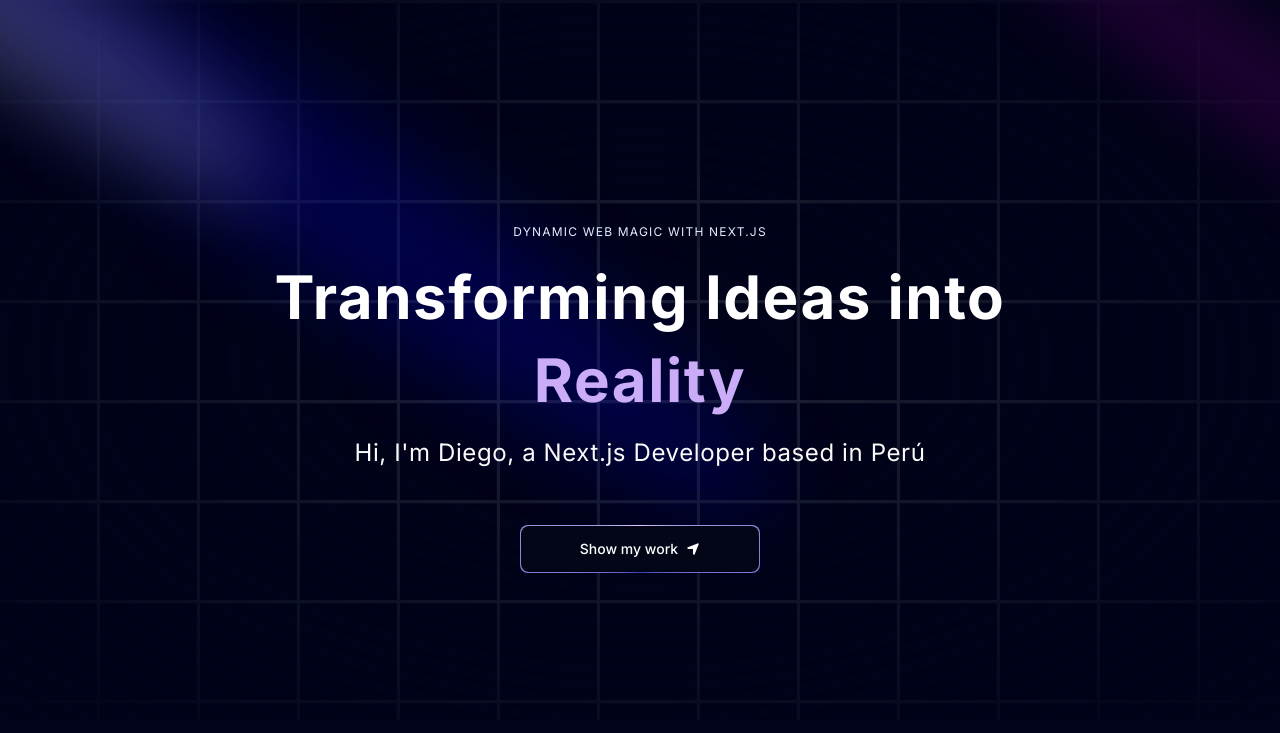
Repository: drsamame/portfolio.next
Page: /
These files come from the project's save history. The page is drawn as it stood at one moment and after a run of saves; the edit follows.
The browser window is 1280 px wide. The pictures show the whole page.
The project was rebuilt for these pictures with package versions that can differ from the ones it lists, and the page was loaded fresh each time. The framework's server and built-in components were replaced by stand-ins that run in the browser. Also part of the build but not shown: next.config.mjs.

Above is the page before, as saved 2024-07-02 18:08:15.

### app/layout.tsx
import type { Metadata } from 'next';
import { Inter } from 'next/font/google';
import './globals.css';
import { ThemeProvider } from './provider';

const inter = Inter({ subsets: ['latin'] });

export const metadata: Metadata = {
	title: "Diego's Portfolio",
	description: 'Modern & Minimalist JS Mastery Portfolio',
};

export default function RootLayout({
	children,
}: Readonly<{
	children: React.ReactNode;
}>) {
	return (
		<html lang="en">
			<body className={inter.className}>
				<ThemeProvider
					attribute="class"
					defaultTheme="dark"
					enableSystem
					disableTransitionOnChange
				>
					{children}
				</ThemeProvider>
			</body>
		</html>
	);
}

### app/page.tsx
import Hero from "@/components/Hero";


export default function Home() {
  return (
    <main className="relative bg-black-100 flex justify-center items-center flex-col overflow-hidden mx-auto sm:px-10 px-5">
      <div className="max-w-7xl w-full">
        <Hero />
      </div>
    </main>
  );
}

### components/Hero.tsx
import React from 'react';
import { Spotlight } from '@/components/ui/Spotlight';
import { TextGenerateEffect } from './ui/TextGenerateEffect';
import MagicButton from './ui/MagicButton';
import { FaLocationArrow } from 'react-icons/fa6';

function Hero() {
	return (
		<div className="pb-20 pt-36">
			<div>
				{' '}
				<Spotlight
					className="-top-40 -left-10 md:-left-32 md:-top-20p h-screen"
					fill="white"
				/>
				<Spotlight
					className="top-10 left-full h-[80vh] w-[50vw]"
					fill="purple"
				/>
				<Spotlight className="top-28 left-80 h-[80-vh] w-[50vw]" fill="blue" />
			</div>
			<div className="h-screen w-full dark:bg-black-100 bg-white  dark:bg-grid-white/[0.1] bg-grid-black/[0.1] flex items-center justify-center absolute left-0 top-0">
				<div className="absolute pointer-events-none inset-0 flex items-center justify-center dark:bg-black-100 bg-white [mask-image:radial-gradient(ellipse_at_center,transparent_20%,black)]"></div>
			</div>
			<div className="flex justify-center relative my-20 z-10">
				<div className="max-w-[89vw] md:max-w-2xl lg:max-w-[60vw] flex flex-col items-center justify-center">
					<h2 className="uppercase tracking-widest text-xs text-center text-blue-100 max-w-80">
						DYNAMIC WEB MAGIC WITH NEXT.JS
					</h2>
					<TextGenerateEffect
						className="text-center text-[40px] md:text-5xl lg:text-6xl"
						words={'Transforming Ideas into Reality'}
					></TextGenerateEffect>
					<p className="text-center md:tracking-wide mb-4 text-sm md:text-lg lg:text-2xl">
						Hi, I&apos;m Diego, a Next.js Developer based in Perú
					</p>
					<MagicButton
						title="Show my work"
						icon={<FaLocationArrow />}
						position="right"
					/>
				</div>
			</div>
		</div>
	);
}

export default Hero;

### components/ui/Spotlight.tsx
import React from "react";
import { cn } from "@/utils/cn";

type SpotlightProps = {
  className?: string;
  fill?: string;
};

export const Spotlight = ({ className, fill }: SpotlightProps) => {
  return (
    <svg
      className={cn(
        "animate-spotlight pointer-events-none absolute z-[1]  h-[169%] w-[138%] lg:w-[84%] opacity-0",
        className
      )}
      xmlns="http://www.w3.org/2000/svg"
      viewBox="0 0 3787 2842"
      fill="none"
    >
      <g filter="url(#filter)">
        <ellipse
          cx="1924.71"
          cy="273.501"
          rx="1924.71"
          ry="273.501"
          transform="matrix(-0.822377 -0.568943 -0.568943 0.822377 3631.88 2291.09)"
          fill={fill || "white"}
          fillOpacity="0.21"
        ></ellipse>
      </g>
      <defs>
        <filter
          id="filter"
          x="0.860352"
          y="0.838989"
          width="3785.16"
          height="2840.26"
          filterUnits="userSpaceOnUse"
          colorInterpolationFilters="sRGB"
        >
          <feFlood floodOpacity="0" result="BackgroundImageFix"></feFlood>
          <feBlend
            mode="normal"
            in="SourceGraphic"
            in2="BackgroundImageFix"
            result="shape"
          ></feBlend>
          <feGaussianBlur
            stdDeviation="151"
            result="effect1_foregroundBlur_1065_8"
          ></feGaussianBlur>
        </filter>
      </defs>
    </svg>
  );
};

### components/ui/TextGenerateEffect.tsx
"use client";
import { useEffect } from "react";
import { motion, stagger, useAnimate } from "framer-motion";
import { cn } from "@/utils/cn";

export const TextGenerateEffect = ({
  words,
  className,
}: {
  words: string;
  className?: string;
}) => {
  const [scope, animate] = useAnimate();
  let wordsArray = words.split(" ");
  useEffect(() => {
    animate(
      "span",
      {
        opacity: 1,
      },
      {
        duration: 2,
        delay: stagger(0.2),
      }
    );
  }, [scope.current]);

  const renderWords = () => {
    return (
      <motion.div ref={scope}>
        {wordsArray.map((word, idx) => {
          return (
            <motion.span
              key={word + idx}
              className={`${ idx > 2 ? 'text-purple': 'dark:text-white text-black'}  opacity-0`}
            >
              {word}{" "}
            </motion.span>
          );
        })}
      </motion.div>
    );
  };

  return (
    <div className={cn("font-bold", className)}>
      <div className="my-4">
        <div className=" dark:text-white text-black leading-snug tracking-wide">
          {renderWords()}
        </div>
      </div>
    </div>
  );
};

### components/ui/MagicButton.tsx
import React from 'react';

function MagicButton({ title, icon, position, handleClick, otherClases }: { title: string; icon: React.ReactNode; position: string; handleClick: () => void; otherClases?: string }) {
	return (
		<button className="relative inline-flex h-12 overflow-hidden rounded-lg p-[1px] focus:outline-none md:w-60 md:mt-10">
			<span className="absolute inset-[-1000%] animate-[spin_2s_linear_infinite] bg-[conic-gradient(from_90deg_at_50%_50%,#E2CBFF_0%,#393BB2_50%,#E2CBFF_100%)]" />
			<span className={`inline-flex h-full w-full cursor-pointer items-center justify-center rounded-lg bg-slate-950 px-7 text-sm font-medium text-white backdrop-blur-3xl gap-2 ${otherClases}`}>
                {position === 'left' && icon}
				{title}
                {position === 'right' && icon}
			</span>
		</button>
	);
}

export default MagicButton;

Loaded but not shown: app/globals.css (common file); app/provider.tsx (common file); utils/cn.ts (common file); tailwind.config.ts (common file)

After the next 3 saves:
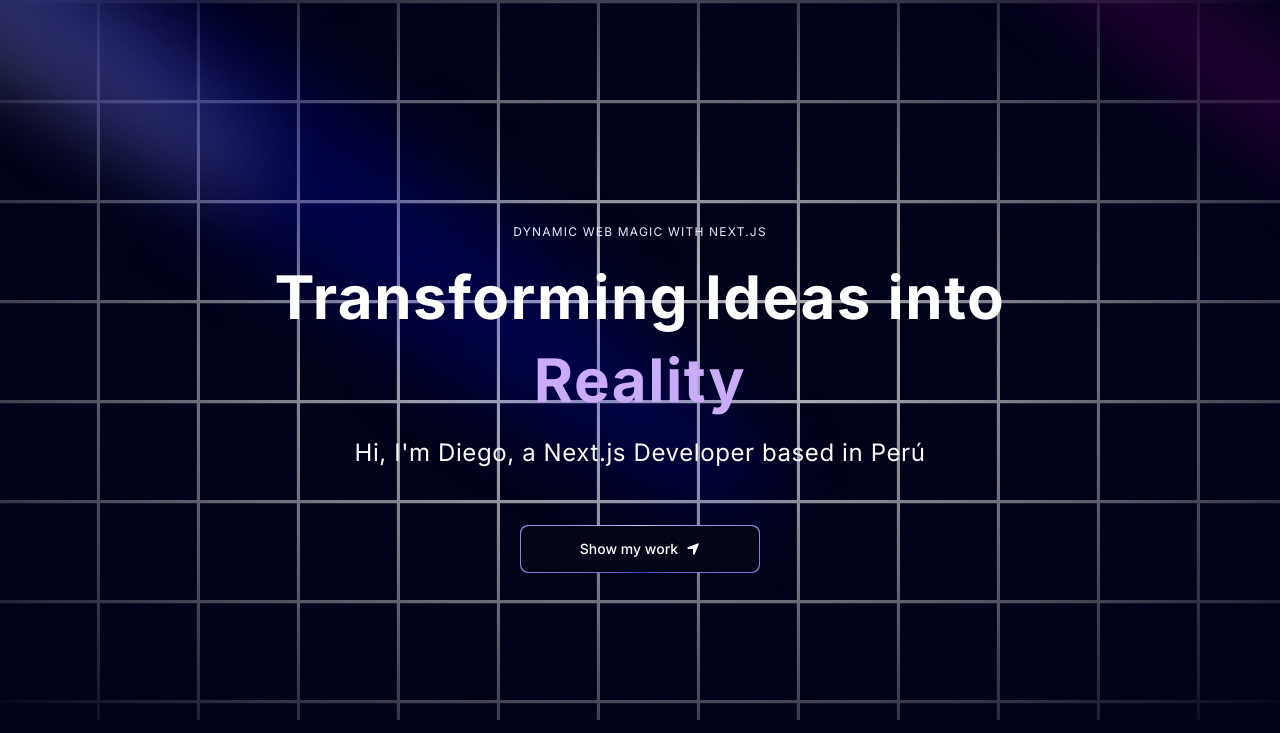
The 3 saves are shown as one change because they came seconds apart.
The last was saved 9 s later.
--- a/components/Hero.tsx
+++ b/components/Hero.tsx
@@ -19,7 +19,7 @@
 				/>
 				<Spotlight className="top-28 left-80 h-[80-vh] w-[50vw]" fill="blue" />
 			</div>
-			<div className="h-screen w-full dark:bg-black-100 bg-white  dark:bg-grid-white/[0.1] bg-grid-black/[0.1] flex items-center justify-center absolute left-0 top-0">
+			<div className="h-screen w-full dark:bg-black-100 bg-white  dark:bg-grid-white/[0.67] bg-grid-black/[0.1] flex items-center justify-center absolute left-0 top-0">
 				<div className="absolute pointer-events-none inset-0 flex items-center justify-center dark:bg-black-100 bg-white [mask-image:radial-gradient(ellipse_at_center,transparent_20%,black)]"></div>
 			</div>
 			<div className="flex justify-center relative my-20 z-10">
